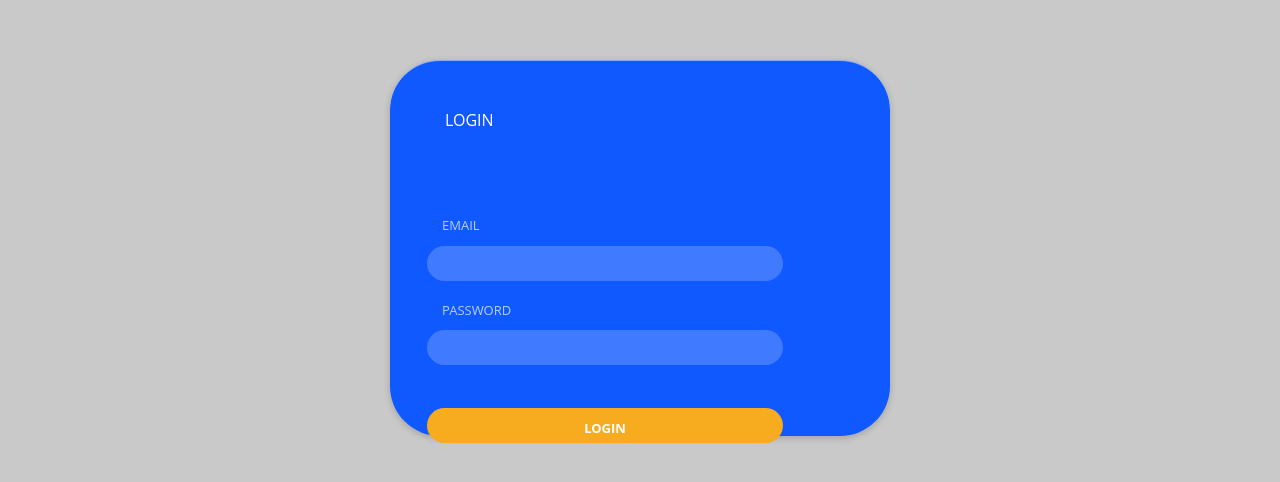
Repository: Yassin-Boushi/Safer
Page: http://localhost/login
An editor plug-in stored every save of this project. The page is shown before and after the next save, followed by the edit.
The browser window is 1280 px wide. The pictures show the whole page.
The page is served by the project's Laravel application, run on PHP 8.4 with Laravel 9. Other server files are loaded and not shown.

Above is the page before, as saved 2025-01-29 09:58:28.

### routes/web.php
<?php

use App\Http\Controllers\AccountController;
use App\Http\Controllers\FlightController;
use App\Http\Controllers\TicketController;
use Illuminate\Support\Facades\Route;

/*
|--------------------------------------------------------------------------
| Web Routes
|--------------------------------------------------------------------------
|
| Here is where you can register web routes for your application. These
| routes are loaded by the RouteServiceProvider within a group which
| contains the "web" middleware group. Now create something great!
|
*/

Route::get('/', function () {
    return redirect('flights');
});

Route::view('login', 'login');
Route::view('add_flight', 'flight.add');

////////////////////////// account
Route::post('account/login', [AccountController::class, 'login']);
Route::get('account/logout', [AccountController::class, 'logout']);

////////////////////////////// flight
Route::resource('flights', FlightController::class);
Route::get('flight/edit/{id}', [FlightController::class, 'edit']);
Route::post('flight/update/{id}', [FlightController::class, 'update']);
Route::get('flight/destroy/{id}', [FlightController::class, 'destroy']);


////////////////////////////// ticket
Route::resource('tickets', TicketController::class);
Route::get('ticket/edit/{id}', [FlightController::class, 'edit']);
Route::post('ticket/update/{id}', [FlightController::class, 'update']);
Route::get('ticket/destroy/{id}', [FlightController::class, 'destroy']);

### resources/views/login.blade.php
<link href="/css/bootstrap.min.css" rel="stylesheet">
    <link rel="stylesheet" href="/css/add.css">
<div class="container">
    <div class="frame h-auto">
        <div class="nav">
            <ul class="links">
                <li class="signin-active"><a class="btn">login </a></li>
            </ul>
        </div>
        <div ng-app ng-init="checked = false">

            <form class="form-signin" action="account/login" method="post" enctype="multipart/form-data" >
            @csrf
             <label for="email">email</label>
             <input class="form-styling" type="text" name="email" placeholder="" />
             <label for="password">password </label> <input class="form-styling" type="password" name="password" placeholder="" />
           <br>
            <input type="submit" style="background-color: rgb(247, 171, 30) " class=" btn-signup " value="login">



            </form>

<script src="/js/bootstrap.bundle.min.js"></script>
    <script src="/js/all.min.js"></script>

### public/css/add.css

html,
body * {
    box-sizing: border-box;
    font-family: 'Open Sans', sans-serif
}

body {
    background-color: #cac9ca;
   background-size: cover
}

.container {
    width: 100%;
    padding-top: 60px;
    padding-bottom: 100px
}

.frame {
    height: 700px;
    width: 500px;
    background-color: #1059FF;
    background-size: cover;
    margin-left: auto;
    margin-right: auto;
    border-top: solid 1px rgba(255, 255, 255, .5);
    border-radius: 5px;
    box-shadow: 0px 2px 7px rgba(0, 0, 0, 0.2);
    border-radius: 50px;
    transition: all .5s ease
}

.frame-long {
    height: 615px
}

.frame-short {
    /* height: 400px;  */
    margin-top: 50px;
    box-shadow: 0px 2px 7px rgba(0, 0, 0, 0.1)
}

.nav {
    width: 100%;
    height: 100px;
    padding-top: 40px;
    opacity: 1;
    transition: all .5s ease
}

.nav-up {
    transform: translateY(-100px);
    opacity: 0
}

li {
    padding-left: 10px;
    font-size: 18px;
    display: inline;
    text-align: left;
    text-transform: uppercase;
    padding-right: 10px;
    color: #ffffff
}

.signin-active a {
    padding-bottom: 10px;
    color: #ffffff;
    text-decoration: none;
    border-bottom: solid 2px #1059FF;
    transition: all .25s ease;
    cursor: pointer
}

.signin-inactive a {
    padding-bottom: 0;
    color: rgba(255, 255, 255, .3);
    text-decoration: none;
    border-bottom: none;
    cursor: pointer
}

.signup-active a {
    cursor: pointer;
    color: #ffffff;
    text-decoration: none;
    border-bottom: solid 1px #1059FF;
    padding-bottom: 10px
}

.signup-inactive a {
    cursor: pointer;
    color: rgba(255, 255, 255, .3);
    text-decoration: none;
    transition: all .25s ease
}

.form-signin {
    width: 430px;
    height: 275px;
    font-size: 16px;
    font-weight: 300;
    padding-left: 37px;


padding-right: 37px;
    padding-top: 55px;
    transition: opacity .5s ease, transform .5s ease
}

.form-signin-left {
    transform: translateX(-400px);
    opacity: .0
}

.form-signup {
    width: 430px;
    height: 375px;
    font-size: 12px;
    font-weight: 300;
    padding-left: 37px;
    padding-right: 37px;
    padding-top: 55px;
    position: relative;
    top: -375px;
    left: 400px;
    opacity: 0;
    transition: all .5s ease
}

.form-signup-left {
    transform: translateX(-399px);
    opacity: 1
}

.form-signup-down {
    top: 0px;
    opacity: 0
}

.success {
    width: 80%;
    height: 150px;
    text-align: center;
    position: relative;
    top: -890px;
    left: 450px;
    opacity: .0;
    transition: all .8s .4s ease
}

.success-left {
    transform: translateX(-406px);
    opacity: 1
}

.successtext {
    color: #ffffff;
    font-size: 16px;
    font-weight: 300;
    margin-top: -35px;
    padding-left: 37px;
    padding-right: 37px
}

#check path {
    stroke: #ffffff;
    stroke-linecap: round;
    stroke-linejoin: round;
    stroke-width: .85px;
    stroke-dasharray: 60px 300px;
    stroke-dashoffset: -166px;
    fill: rgba(255, 255, 255, .0);
    transition: stroke-dashoffset 2s ease .5s, fill 1.5s ease 1.0s
}

#check.checked path {
    stroke-dashoffset: 33px;
    fill: rgba(255, 255, 255, .03)
}

.form-signin input,
.form-signup input {
    color: #ffffff;
    font-size: 13px
}

.form-styling {
    width: 100%;
    height: 35px;
    padding-left: 15px;
    border: none;
    border-radius: 20px;
    margin-bottom: 20px;
    background: rgba(255, 255, 255, .2)
}

label {
    font-weight: 400;
    text-transform: uppercase;
    font-size: 13px;
    padding-left: 15px;
    padding-bottom: 10px;
    color: rgba(255, 255, 255, .7);
    display: block
}

:focus {
    outline: none
}

.form-signin input:focus,
textarea:focus,
.form-signup input:focus,
textarea:focus {
    background: rgba(255, 255, 255, .3);
    border: none;
    padding-right: 40px;
    transition: background .5s ease
}


/* [type="checkbox"]:not(:checked),
[type="checkbox"]:checked {
    position: absolute;
    display: none
}

[type="checkbox"]:not(:checked)+label,
[type="checkbox"]:checked+label {
    position: relative;
    padding-left: 85px;
    padding-top: 2px;
    cursor: pointer;
    margin-top: 8px
}

[type="checkbox"]:not(:checked)+label:before,
[type="checkbox"]:checked+label:before,
[type="checkbox"]:not(:checked)+label:after,
[type="checkbox"]:checked+label:after {
    content: '';
    position: absolute
}

[type="checkbox"]:not(:checked)+label:before,
[type="checkbox"]:checked+label:before {
    width: 65px;
    height: 30px;
    background: rgba(255, 255, 255, .2);
    border-radius: 15px;
    left: 0;
    top: -3px;
    transition: all .2s ease
}

[type="checkbox"]:not(:checked)+label:after,
[type="checkbox"]:checked+label:after {
    width: 10px;
    height: 10px;
    background: rgba(255, 255, 255, .7);
    border-radius: 50%;
    top: 7px;
    left: 10px;
    transition: all .2s ease
}

[type="checkbox"]:checked+label:before {
    background: #0F4FE6
}

[type="checkbox"]:checked+label:after {
    background: #ffffff;
    top: 7px;
    left: 45px
}

[type="checkbox"]:checked+label .ui,
[type="checkbox"]:not(:checked)+label .ui:before,
[type="checkbox"]:checked+label .ui:after {
    position: absolute;
    left: 6px;
    width: 65px;
    border-radius: 15px;
    font-size: 14px;
    font-weight: bold;
    line-height: 22px;
    transition: all .2s ease
}

[type="checkbox"]:not(:checked)+label .ui:before {
    content: "no";
    left: 32px;


color: rgba(255, 255, 255, .7)
}

[type="checkbox"]:checked+label .ui:after {
    content: "yes";
    color: #ffffff
}

[type="checkbox"]:focus+label:before {
    box-sizing: border-box;
    margin-top: -1px
}  */

.btn-signup {
    float: left;
    font-weight: 700;
    text-transform: uppercase;
    font-size: 13px;
    text-align: center;
    color: #ffffff;
    padding-top: 8px;
    width: 100%;
    height: 35px;
    border: none;
    border-radius: 20px;
    margin-top: 23px;
    background-color: #1059FF
}

.btn-signin {
    float: left;
    padding-top: 8px;
    width: 100%;
    height: 35px;
    border: none;
    border-radius: 20px;
    margin-top: -8px
}

.btn-animate {
    float: left;
    font-weight: 700;
    text-transform: uppercase;
    font-size: 13px;
    text-align: center;
    color: rgba(255, 255, 255, 1);
    padding-top: 8px;
    width: 100%;
    height: 35px;
    border: none;
    border-radius: 20px;
    margin-top: 23px;
    background-color: rgba(16, 89, 255, 1);
    left: 0px;
    top: 0px;
    transition: all .5s ease, top .5s ease .5s, height .5s ease .5s, background-color .5s ease .75s
}

.btn-animate-grow {
    width: 130%;
    height: 625px;
    position: relative;
    left: -55px;
    top: -420px;
    color: rgba(255, 255, 255, 0);
    background-color: rgba(255, 255, 255, 1)
}

a.btn-signup:hover,
a.btn-signin:hover {
    cursor: pointer;
    background-color: #0F4FE6;
    transition: background-color .5s
}

.forgot {
    height: 100px;
    width: 80%;
    margin-left: auto;
    margin-right: auto;
    text-align: center;
    padding-top: 24px;
    margin-top: -535px;
    border-top: solid 1px rgba(255, 255, 255, .3);
    transition: all 0.5s ease
}

.forgot-left {
    transform: translateX(-400px);
    opacity: 0
}

.forgot-fade {
    opacity: 0
}

 a {
   color: rgb(50, 2, 85);
    font-weight: 400;
    font-size: 20px;
    text-decoration: none
}

.welcome {
    width: 100%;
    height: 50px;
    position: relative;
    color: rgba(35, 43, 85, 0.75);
    opacity: 0;
    transition: transform 1.5s ease .25s, opacity .1s ease 1s
}

.welcome-left {
    transform: translateY(-780px);
    opacity: 1
}

.cover-photo {
    height: 150px;
    position: relative;
    left: 0px;
    top: -900px;
    background: linear-gradient(rgba(35, 43, 85, 0.75), rgba(35, 43, 85, 0.95)), url(https://img.icons8.com/bubbles/100/000000/user.png);
    background-size: cover;
    opacity: 0;
    transition: all 1.5s ease 0.55s
}

.cover-photo-down {
    top: -575px;
    opacity: 1
}

.profile-photo {
    height: 125px;
    width: 125px;
    position: relative;
    border-radius: 70px;
    left: 155px;
    top: -1000px;
    background: url(https://img.icons8.com/bubbles/100/000000/user.png);
    background-size: 100% 135%;
    background-position: 100% 100%;
    opacity: 0;
    transition: top 1.5s ease 0.35s, opacity .75s ease .5s;
    border: solid 3px #ffffff
}

.profile-photo-down {
    top: -636px;
    opacity: 1
}

h1 {
    color: #ffffff;
    font-size: 35px;
    font-weight: 300;
    text-align: center
}

.btn-goback {
    position: relative;
    margin-right: auto;
    top: -400px;
    float: left;
    padding: 8px;
    width: 83%;
    margin-left: 37px;
    margin-right: 37px;
    height: 35px;
    border-radius: 20px;
    font-weight: 700;
    text-transform: uppercase;
    font-size: 13px;
    text-align: center;
    color: #1059FF;
    margin-top: -8px;
    border: solid 1px #1059FF;
    opacity: 0;
    transition: top 1.5s ease 0.35s, opacity .75s ease .5s
}

.btn-goback-up {
    top: -1080px;
    opacity: 1

}

a.btn-goback:hover {
    cursor: pointer;
    background-color: #0F4FE6;
    transition: all .5s;
    color: #ffffff
}

#refresh {
    position: fixed;
    bottom: 20px;
    right: 20px;
    background-color: #ffffff;
    width: 50px;
    height: 50px;
    border-radius: 25px;
    box-shadow: 0px 2px 7px rgba(0, 0, 0, 0.1);
    padding: 13px 0 0 13px
}

.refreshicon {
    fill: #d3d3d3;
    transform: rotate(0deg);
    transition: fill .25s ease, transform .25s ease
}

.refreshicon:hover {
    cursor: pointer;
    fill: #1059FF;
    transform: rotate(180deg)
}

Loaded but not shown: public/css/bootstrap.min.css (library)

After the next save:
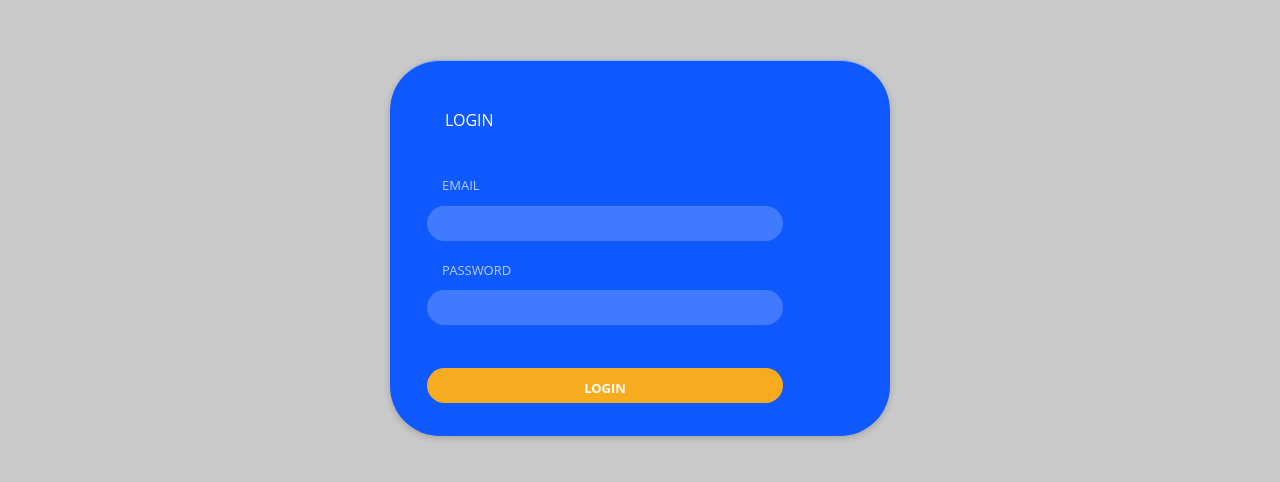
Saved 35 s later.
--- a/public/css/add.css
+++ b/public/css/add.css
@@ -101,10 +101,8 @@ li {
     font-size: 16px;
     font-weight: 300;
     padding-left: 37px;
-
-
 padding-right: 37px;
-    padding-top: 55px;
+    padding-top: 15px;
     transition: opacity .5s ease, transform .5s ease
 }
 
